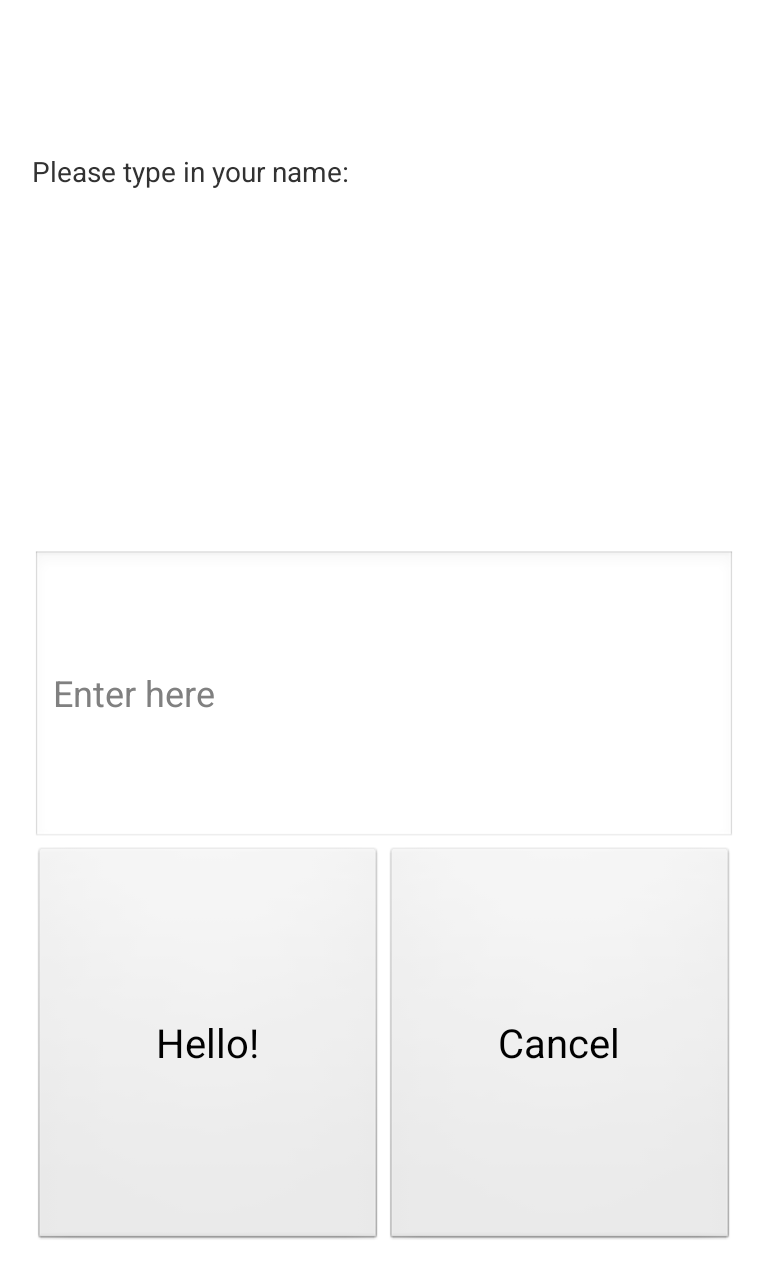
Repository: echolomaniac/HelloWorld
Layout: HelloWorld/res/layout/fragment_main.xml
These files come from the project's save history. The layout is drawn as it stood at one moment and after a run of saves; the edit follows.
It is drawn on a 768 x 1280 px phone screen (xhdpi) without system bars, with theme android:Theme.Light.NoTitleBar; the app's code is not run.

Above is the layout before, as saved 2014-05-06 06:53:58.

### HelloWorld/res/layout/fragment_main.xml
<RelativeLayout xmlns:android="http://schemas.android.com/apk/res/android"
    xmlns:tools="http://schemas.android.com/tools"
    android:layout_width="match_parent"
    android:layout_height="match_parent"
    android:paddingBottom="@dimen/activity_vertical_margin"
    android:paddingLeft="@dimen/activity_horizontal_margin"
    android:paddingRight="@dimen/activity_horizontal_margin"
    android:paddingTop="@dimen/activity_vertical_margin"
    tools:context="com.example.helloworld.MainActivity$PlaceholderFragment" >

    <LinearLayout
        android:id="@+id/linearLayout1"
        android:layout_width="fill_parent"
        android:layout_height="fill_parent"
        android:layout_alignParentLeft="true"
        android:orientation="vertical" >

        <TextView
            android:id="@+id/textView1"
            android:layout_width="wrap_content"
            android:layout_height="wrap_content"
            android:layout_weight="0.25"
            android:layout_marginTop="60dp"
            android:text="@string/enter_name" />

        <EditText
            android:id="@+id/nameEditText"
            android:layout_width="match_parent"
            android:layout_height="wrap_content"
            android:layout_weight="0.25"
            android:layout_marginTop="80dp"
            android:ems="10"
            android:hint="@string/hint_enter_name" />

        <LinearLayout
            android:layout_width="fill_parent"
            android:layout_height="0dp"
            android:layout_weight="0.5" >

            <Button
                android:id="@+id/button1"
                android:layout_width="0dp"
                android:layout_weight="0.5"
                android:layout_height="match_parent"
                android:text="@string/hello_button"
                android:textSize="20sp"
                android:onClick="onHelloPressed"/>

            <Button
                android:id="@+id/button2"
                android:layout_width="0dp"
                android:layout_weight = "0.5"
                android:layout_height="match_parent"
                android:text="@string/button_cancel"
                android:textSize="20sp" />

        </LinearLayout>

    </LinearLayout>

</RelativeLayout>

### HelloWorld/res/values/strings.xml
<?xml version="1.0" encoding="utf-8"?>
<resources>

    <string name="app_name">HelloWorld</string>
    <string name="hello_world">Hello world!</string>
    <string name="action_settings">Settings</string>
    <string name="enter_name">Please type in your name:</string>
    <string name="hello_button">Hello!</string>
    <string name="hint_enter_name">Enter here</string>
    <string name="button_cancel">Cancel</string>
    <string name="field_Hello">Hello!</string>
    <string name="button_exit">Exit</string>

</resources>

Loaded but not shown: HelloWorld/res/values/dimens.xml (common file); HelloWorld/res/values-w820dp/dimens.xml (common file)

After the next 2 saves:
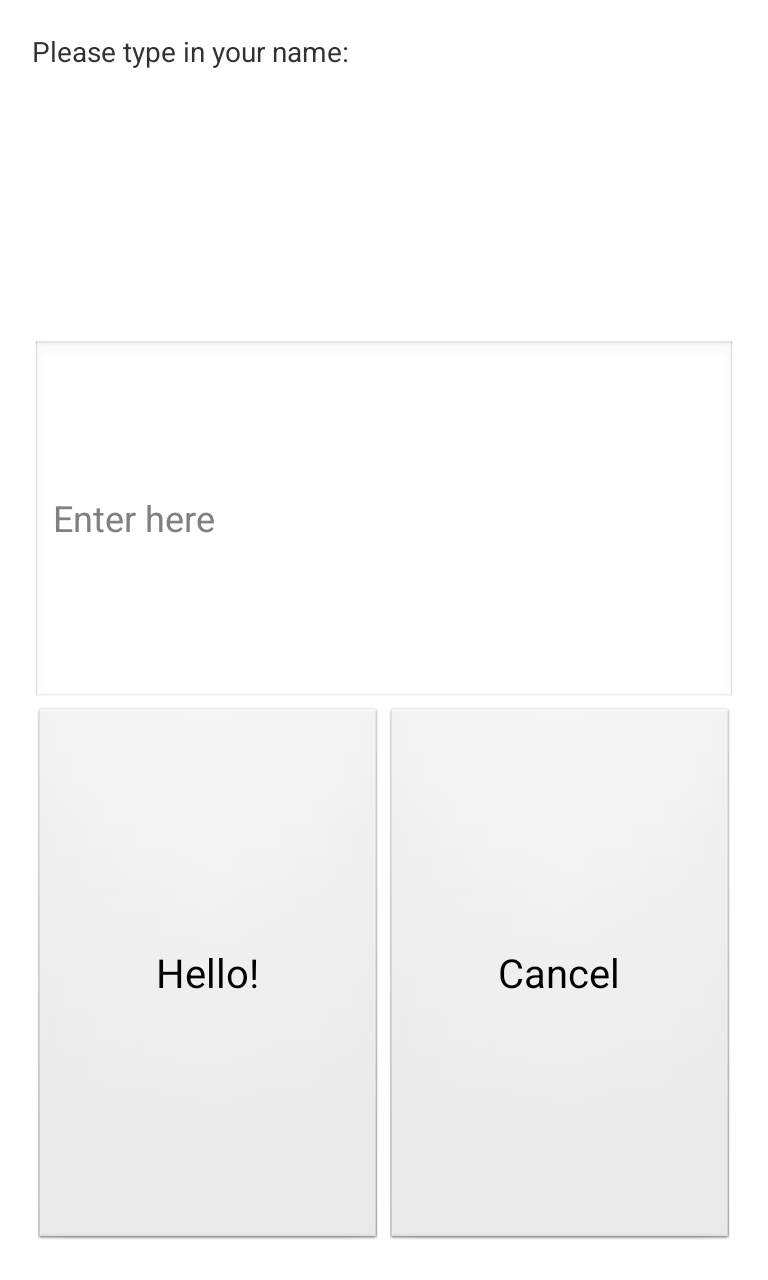
The 2 saves are shown as one change because they came seconds apart.
The last was saved 17 s later.
--- a/HelloWorld/res/layout/fragment_main.xml
+++ b/HelloWorld/res/layout/fragment_main.xml
@@ -20,7 +20,6 @@
             android:layout_width="wrap_content"
             android:layout_height="wrap_content"
             android:layout_weight="0.25"
-            android:layout_marginTop="60dp"
             android:text="@string/enter_name" />
 
         <EditText
@@ -28,7 +27,6 @@
             android:layout_width="match_parent"
             android:layout_height="wrap_content"
             android:layout_weight="0.25"
-            android:layout_marginTop="80dp"
             android:ems="10"
             android:hint="@string/hint_enter_name" />
 
